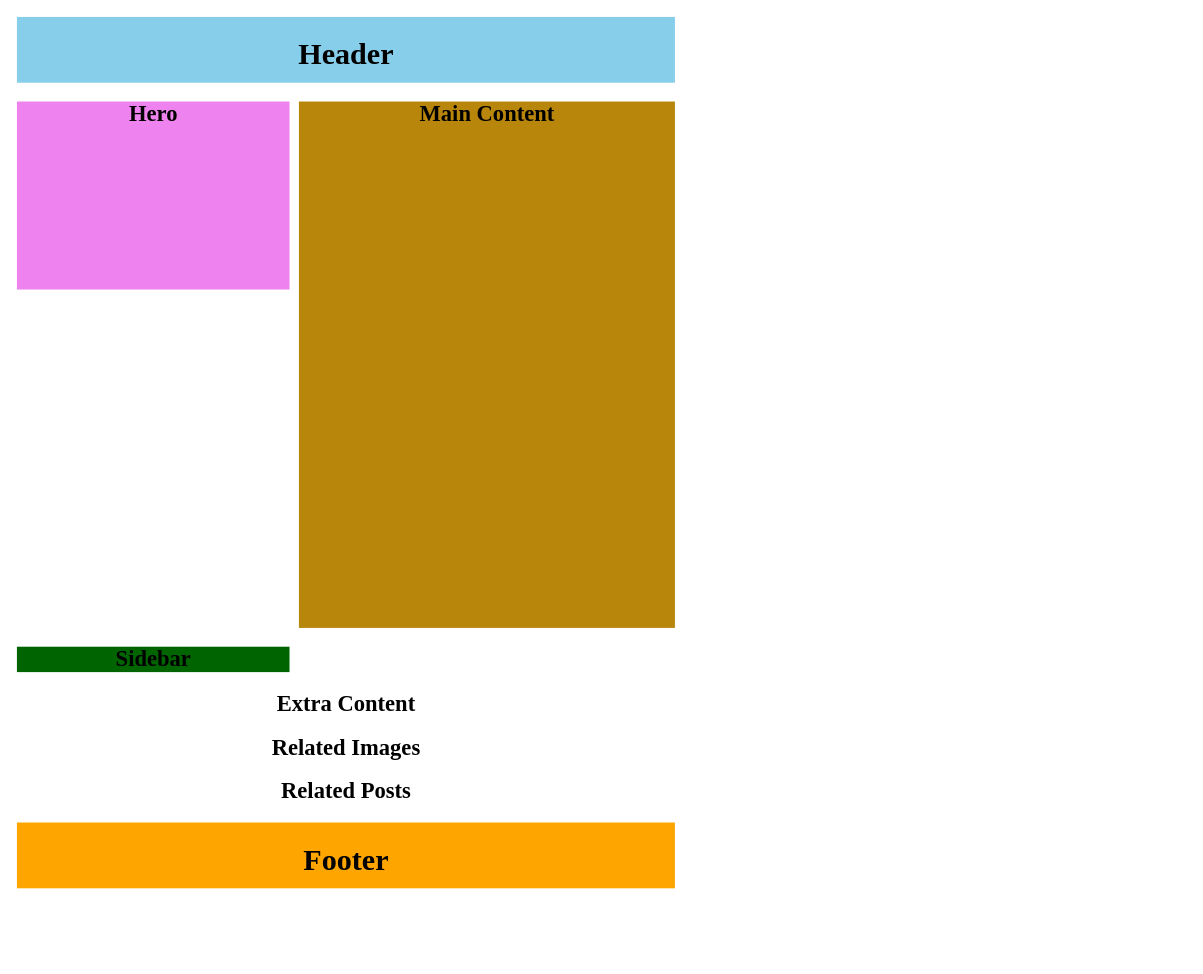
Repository: harshitanthal1/assignments_avisoft
Page: 01-02-2024/assignment_2/index.html
An editor plug-in stored every save of this project. The page is shown before and after the next save, followed by the edit.
The browser window is 1280 px wide. The pictures show the whole page, at 94% of full size.

Above is the page before, as saved 2024-02-01 18:08:43.

### 01-02-2024/assignment_2/index.html
<!DOCTYPE html>
<html lang="en">
<head>
    <meta charset="UTF-8">
    <meta name="viewport" content="width=device-width, initial-scale=1.0">
    <title>Assignment 2</title>
    <link rel="stylesheet" href="styles/styles.css" />
</head>
<body>
    <div id="main-sec">
       <div id="header"><h1>Header</h1></div>
       <div id="main">
           <div id="sec1"><h2>Hero</h2></div>
           <div id="sec2"><h2>Main Content</h2></div>
           <div id="sec3"><h2>Sidebar</h2></div>
           <div id="sec4"><h2>Extra Content</h2></div>
           <div id="sec5"><h2>Related Images</h2></div>
           <div id="sec6"><h2>Related Posts</h2></div>
       </div>
       <div id="footer"><h1>Footer</h1></div>
    </div>
</body>
</html>

### 01-02-2024/assignment_2/styles/styles.css
#main-sec {
    display: flex;
    width: 700px;
    height: 1000px;

    flex-direction: column;
    text-align: center;
    padding: 10px;
}

#header {
    background-color: skyblue;
    width: 700px;
    height: 70px;

}

#sec1 {
    background-color: violet;
    width: 290px;
    height: 200px;
    margin-right: 10px;
}

#sec2 {
    background-color: darkgoldenrod;
    width: 400px;
    height: 560px;
    margin-left: 300px;
    margin-top: -220px;
}

#sec3 {
    background-color: darkgreen;
    width: 290px;
}

#footer {
    background-color: orange;
    width: 700px;
    height: 70px;

}

After the next save:
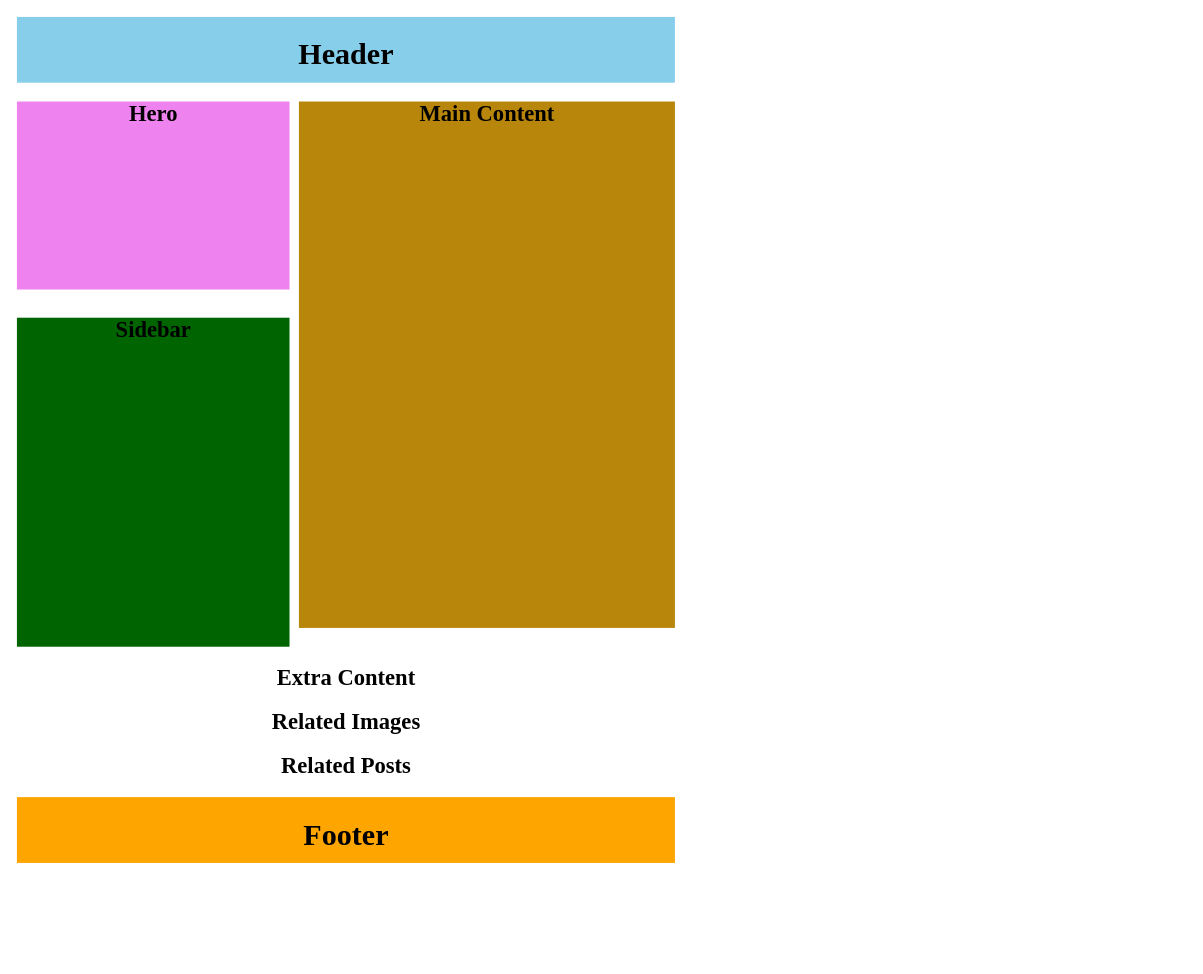
Saved 110 s later.
--- a/01-02-2024/assignment_2/styles/styles.css
+++ b/01-02-2024/assignment_2/styles/styles.css
@@ -33,6 +33,8 @@
 #sec3 {
     background-color: darkgreen;
     width: 290px;
+    height: 350px;
+    margin-top: -350px;
 }
 
 #footer {
